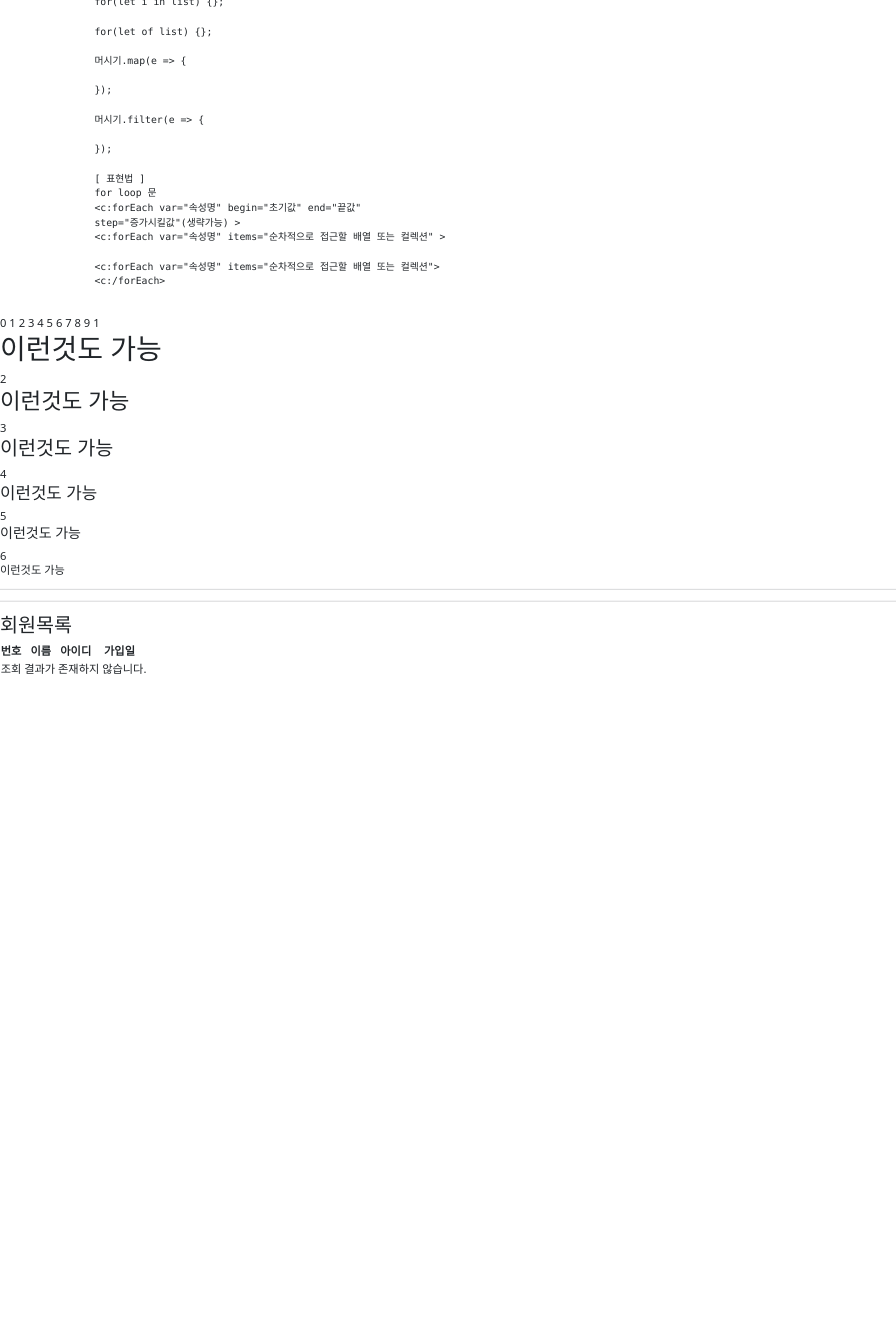
Repository: parkjin-sol/web-workplace
Page: http://localhost/McdonaldProject/WEB-INF/views/jstl/JSTL.jsp
An editor plug-in stored every save of this project. The page is shown before and after the next save, followed by the edit.
The browser window is 1280 px wide. The pictures show the part of the page from y = 615 to 2535 px (the page is 3024 px tall before and 3070 px after), at 70% of full size.
The page is served by Tomcat 9. Nobody is signed in. The template is opened directly, without the code that normally fills it, so the values that code supplies are empty.

Above is the page before, as saved 2025-03-11 08:43:54.

After the next save:
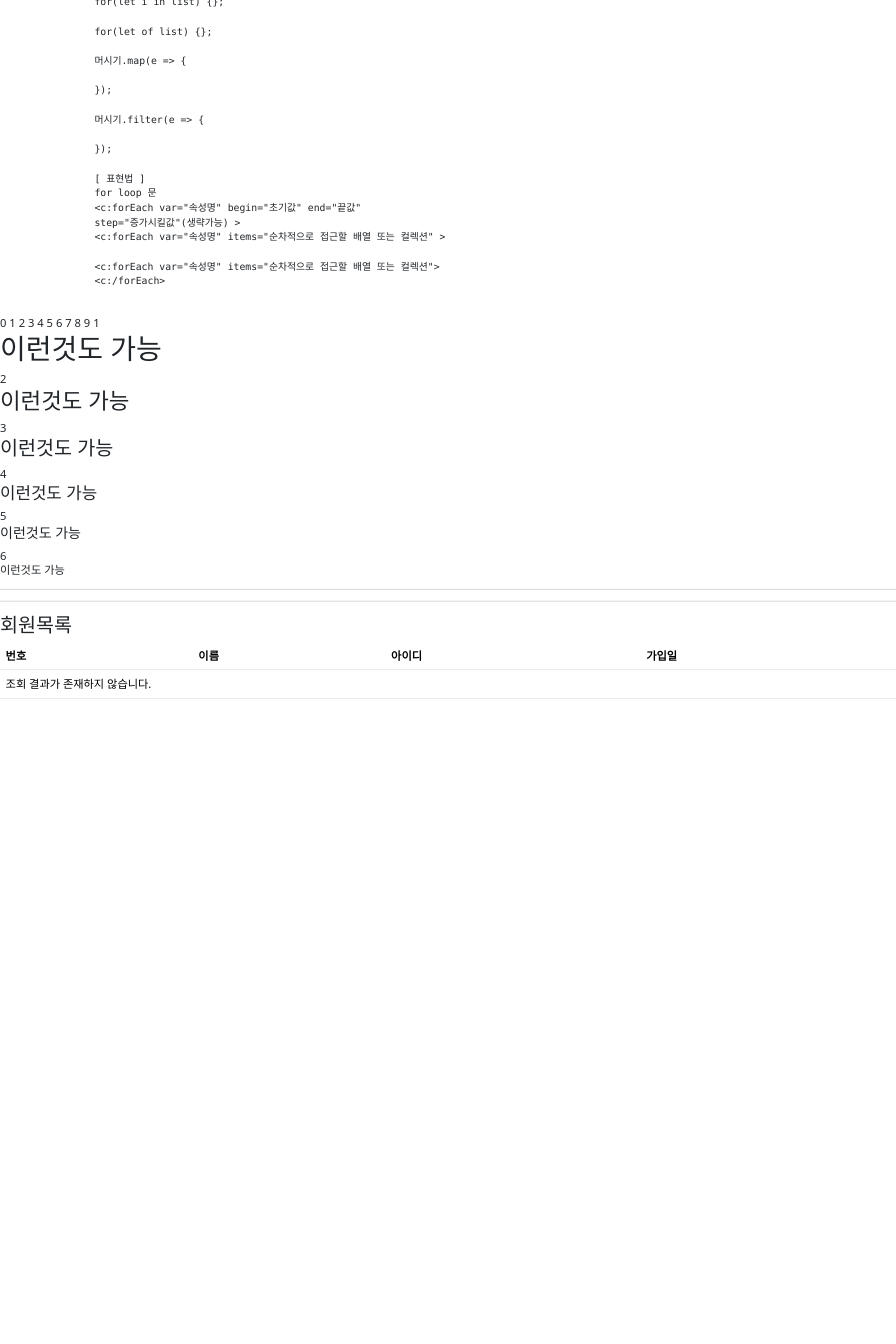
Saved 30 s later.
--- a/McdonaldProject/src/main/webapp/WEB-INF/views/jstl/JSTL.jsp
+++ b/McdonaldProject/src/main/webapp/WEB-INF/views/jstl/JSTL.jsp
@@ -140,7 +140,7 @@
     	th, td
      -->
 
-    <table>
+    <table class="table table-hover"">
     	<thead>
     		<tr>
     			<th>번호</th>
